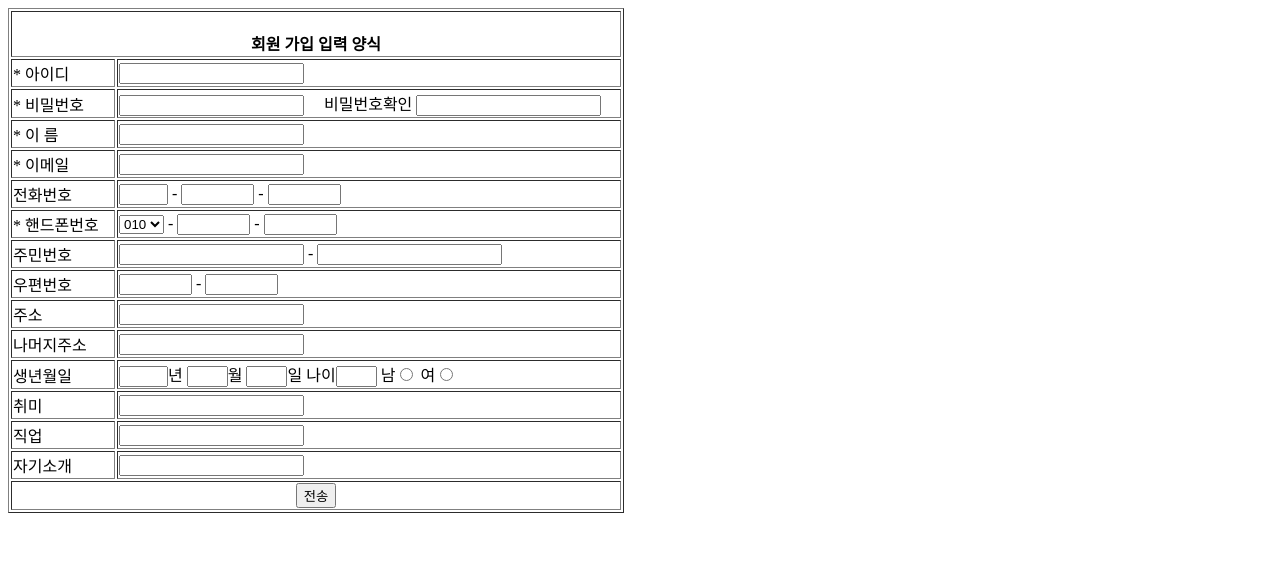
Repository: vkfkstptkd1/WebProgramming
Page: ch3_FormTag/WebContent/In_Form.html
The author's editor kept a copy of each file at every save. The page is drawn from the files as they stood at one save, then again after the next save.
The browser window is 1280 px wide. The pictures show the whole page.

Above is the page before, as saved 2021-03-20 07:18:16.

### ch3_FormTag/WebContent/In_Form.html
<!DOCTYPE html>
<html>
<head>
<meta charset="EUC-KR">
<title>First Practice : In_ Form</title>
</head>
<body>
<form action= "In_Form_ok.jsp" method="post">
	<table border="1">
	<tr><th colspan=2><br>회원 가입 입력 양식</th></tr><!--표제목  -->
	<tr><td width= "100"> * 아이디</td>
		<td width="500"> <input type="text" name="id"></td>
	</tr>
	<tr><td> * 비밀번호</td>
		<td> <input type="text" name="pwd"> &nbsp;&nbsp;&nbsp;&nbsp;비밀번호확인 <input type="text" name="pwdok">
		</td>
	</tr>
	<tr><td> * 이 름</td>
		<td> <input type="text" name="name"></td>
	</tr>
	<tr><td> * 이메일</td>
		<td> <input type="text" name="email"></td>
	</tr>
	<tr><td> 전화번호</td>
		<td><input type="text" name="homenumber" size=3>
			-
			<input type="text" name="homenumber" size=6>
			-
			<input type="text" name="homenumber" size=6>
		</td>
	</tr>
	<tr><td> * 핸드폰번호</td>
		<td>
		<SELECT NAME="phonenumber1">
		<OPTION VALUE="010">010</OPTION>
		<OPTION VALUE="011">011</OPTION>
		<OPTION VALUE="012">012</OPTION>
		</SELECT>
		-
		<input type="text" name="phonenumber2" size=6>
		-
		<input type="text" name="phonenumber3" size=6>
		</td>
	</tr>
	<tr><td> 주민번호</td>
		<td> <input type="text" name="ssn1">
			 -
			 <input type="text" name="ssn2">
		</td>
	</tr>
	<tr><td> 우편번호</td>
		<td> <input type="text" name="pn1" size =6>
			 -
			 <input type="text" name="pn2" size=6></td>
	</tr>
	<tr><td> 주소</td>
		<td> <input type="text" name="ad" width=100%></td>
	</tr>
	<tr><td> 나머지주소</td>
		<td> <input type="text" name="remainderad"></td>
	</tr>
	<tr><td> 생년월일</td>
		<td> <input type="text" name="year" size=3>년
			 <input type="text" name="month" size=2>월
			 <input type="text" name="day" size=2>일
			 나이<input type="text" name="age" size=2>
			 남<input type="radio" name="gender" value="남">
			 여<input type="radio" name="gender" value="여">
		</td>
	</tr>
	<tr><td> 취미</td>
		<td> <input type="text" name="id"></td>
	</tr>
	<tr><td > 직업</td>
		<td > <input type="text" name="id"></td>
	</tr>
	<tr><td > 자기소개</td>
		<td > <input type="text" name="id"></td>
	</tr>
	<tr>
		<td colspan="2"><center><input type="submit" value="전송" ></center></td>
	</tr>
	</table>
</form>
</body>
</html>

After the next save:
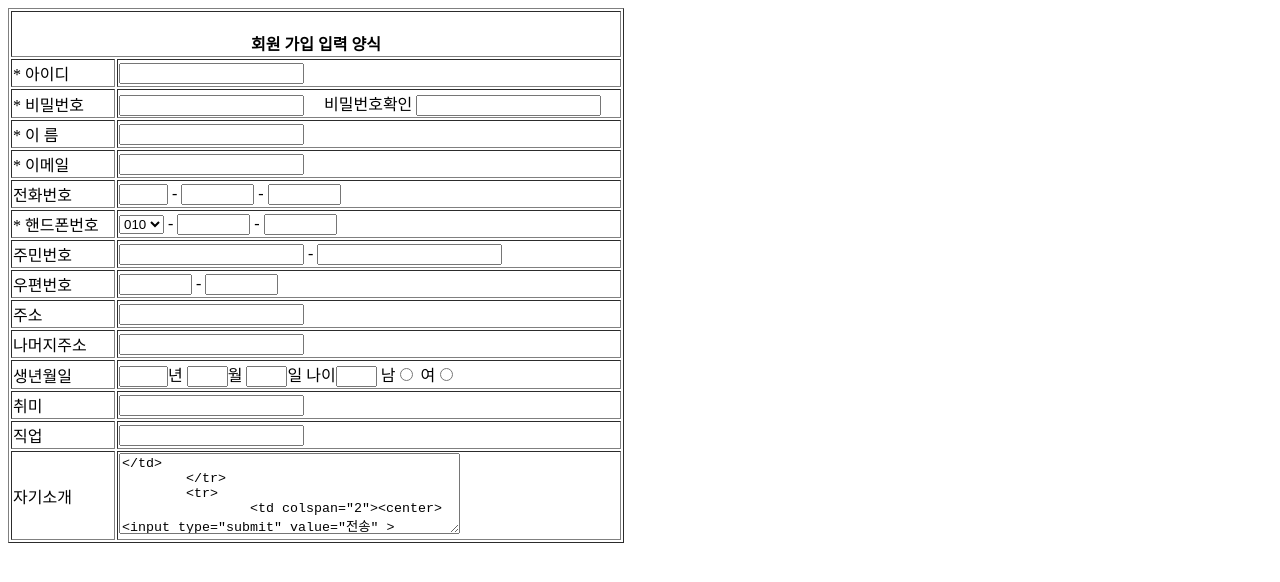
Saved 2 min 17 s later.
--- a/ch3_FormTag/WebContent/In_Form.html
+++ b/ch3_FormTag/WebContent/In_Form.html
@@ -75,7 +75,7 @@
 		<td > <input type="text" name="id"></td>
 	</tr>
 	<tr><td > 자기소개</td>
-		<td > <input type="text" name="id"></td>
+		<td > <textarea name="intro" rows=5 cols=40></td>
 	</tr>
 	<tr>
 		<td colspan="2"><center><input type="submit" value="전송" ></center></td>

After the save that followed:
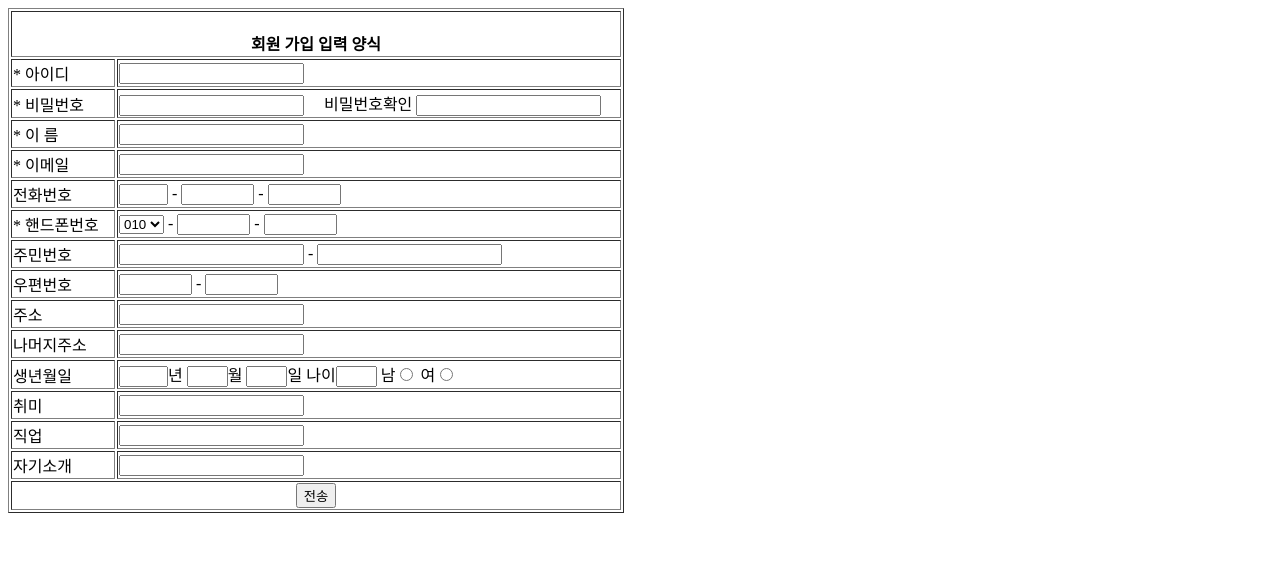
Saved 51 s later.
--- a/ch3_FormTag/WebContent/In_Form.html
+++ b/ch3_FormTag/WebContent/In_Form.html
@@ -54,7 +54,7 @@
 			 <input type="text" name="pn2" size=6></td>
 	</tr>
 	<tr><td> 주소</td>
-		<td> <input type="text" name="ad" width=100%></td>
+		<td> <input type="text" name="ad" ></td>
 	</tr>
 	<tr><td> 나머지주소</td>
 		<td> <input type="text" name="remainderad"></td>
@@ -75,7 +75,7 @@
 		<td > <input type="text" name="id"></td>
 	</tr>
 	<tr><td > 자기소개</td>
-		<td > <textarea name="intro" rows=5 cols=40></td>
+		<td > <input type="text" name="id"></td>
 	</tr>
 	<tr>
 		<td colspan="2"><center><input type="submit" value="전송" ></center></td>
